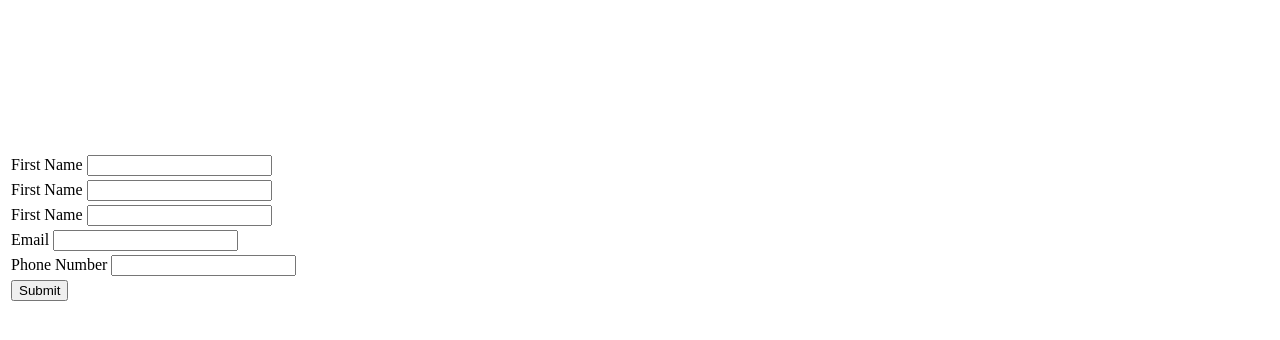
Repository: Jeevith-U/Advance-Java
Page: http://localhost/JSPTags/login1.jsp
The author's editor kept a copy of each file at every save. The page is drawn from the files as they stood at one save, then again after the next save.
The browser window is 1280 px wide. The pictures show the whole page.
The page is served by Tomcat 9.

Above is the page before, as saved 2023-08-19 04:00:17.

After the next save:
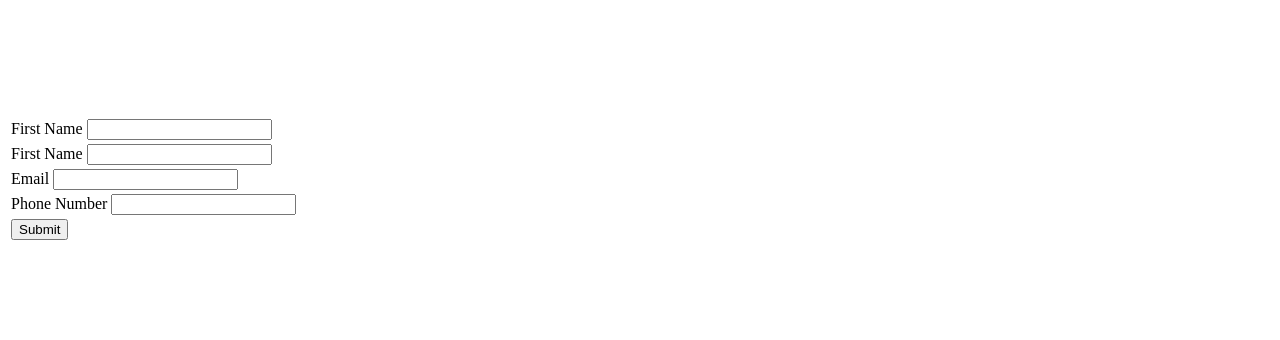
Saved 25 s later.
--- a/JSPTags/src/main/webapp/login1.jsp
+++ b/JSPTags/src/main/webapp/login1.jsp
@@ -15,13 +15,6 @@
 		<td>
 		<label for = "fname">First Name</label>
 		<input type="text" id = "fname" name = "fname">
-		</td>
-		</tr>
-		<br><br>
-		<tr>
-		<td>
-		<label for = "lname">First Name</label>
-		<input type="text" id = "lname" name = "lname">
 		</td>
 		</tr>
 		<br><br>
